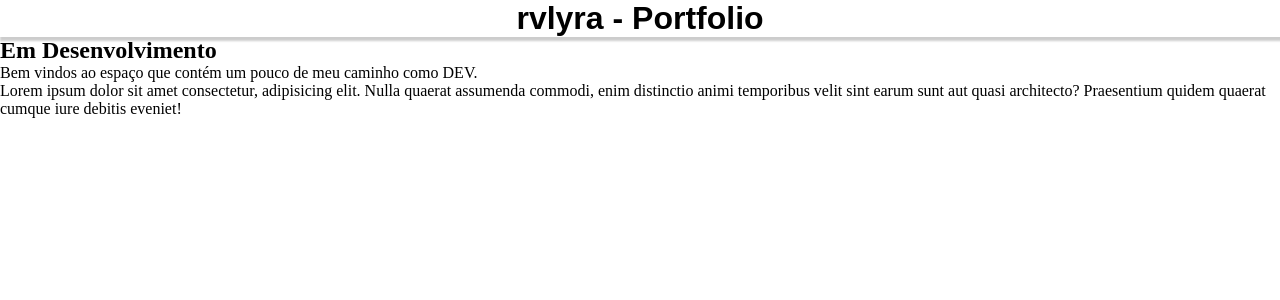
Repository: rvlyra/splash-screen-rvlyra
Page: Portfolio-RVLYRA/public/index.html
The author's editor kept a copy of each file at every save. The page is drawn from the files as they stood at one save, then again after the next save.
The browser window is 1280 px wide. The pictures show the whole page.
Some web fonts or font styles are not loaded; a fallback is used.

Above is the page before, as saved 2022-07-06 09:23:13.

### Portfolio-RVLYRA/public/index.html
<!DOCTYPE html>
<html lang="en">
<head>
    <meta charset="UTF-8">
    <meta http-equiv="X-UA-Compatible" content="IE=edge">
    <meta name="viewport" content="width=device-width, initial-scale=1.0">
    <link rel="stylesheet" href="../assets/src/css/rl.main.css">
    <title>rvlyra @ Portfolio</title>
</head>
<body>
    <header class="header">
        <h1>rvlyra - Portfolio</h1>
    </header>

    <section class="sec-one">
        <h2>Em Desenvolvimento</h2>
        <p>Bem vindos ao espaço que contém um pouco de meu caminho como DEV.</p>
        <p>Lorem ipsum dolor sit amet consectetur, adipisicing elit. Nulla quaerat assumenda commodi, enim distinctio animi temporibus velit sint earum sunt aut quasi architecto? Praesentium quidem quaerat cumque iure debitis eveniet!</p>
    </section>
    <section></section>
    <section></section>

</body>
</html>

### Portfolio-RVLYRA/assets/src/css/rl.main.css
@import url('https://fonts.googleapis.com/css2?family=Mingzat&display=swap');

* {
    margin: 0;
    padding: 0;
    box-sizing: border-box;
}

.header {
    font-family: 'Mingzat', sans-serif;
    display:flex;
    justify-content:center;
    align-items:center;
    box-shadow: 2px 2px 2px 2px rgba(0, 0, 0, 0.2);
}

.sec-one {

}

After the next save:
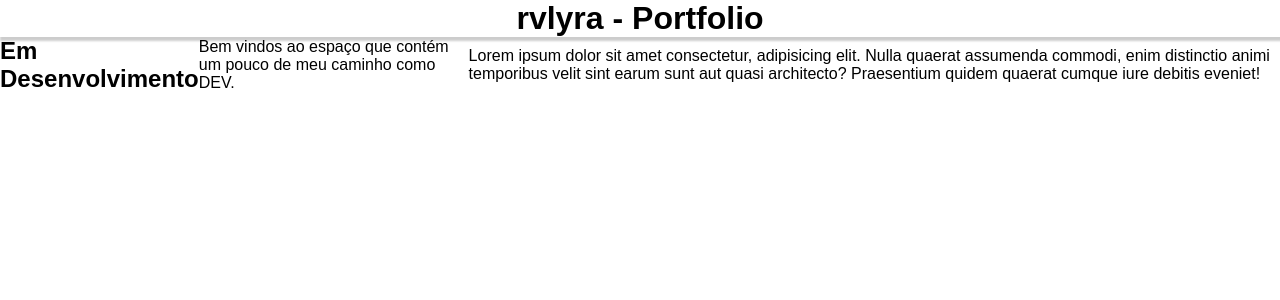
Saved 9 s later.
--- a/Portfolio-RVLYRA/assets/src/css/rl.main.css
+++ b/Portfolio-RVLYRA/assets/src/css/rl.main.css
@@ -15,5 +15,8 @@
 }
 
 .sec-one {
-
+    font-family: 'Mingzat', sans-serif;
+    display:flex;
+    justify-content:center;
+    align-items:center;
 }
